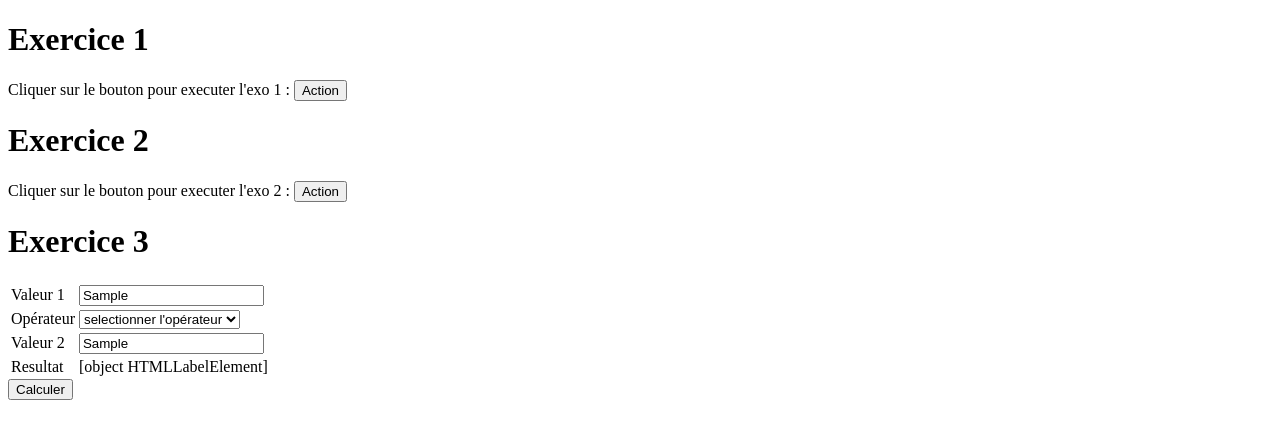
Repository: AgatheLM/formation_js
Page: insee-travaux-js/insee-client-js/index.html
An editor plug-in stored every save of this project. The page is shown before and after the next save, followed by the edit.
The browser window is 1280 px wide. The pictures show the whole page.
Empty fields were first filled with sample values (such as "Sample", 5 or name@example.com).
After loading, the first visible `input[onclick="main_exo3()"]` was clicked once.

Above is the page before, as saved 2018-01-24 13:04:29.

After the next save:
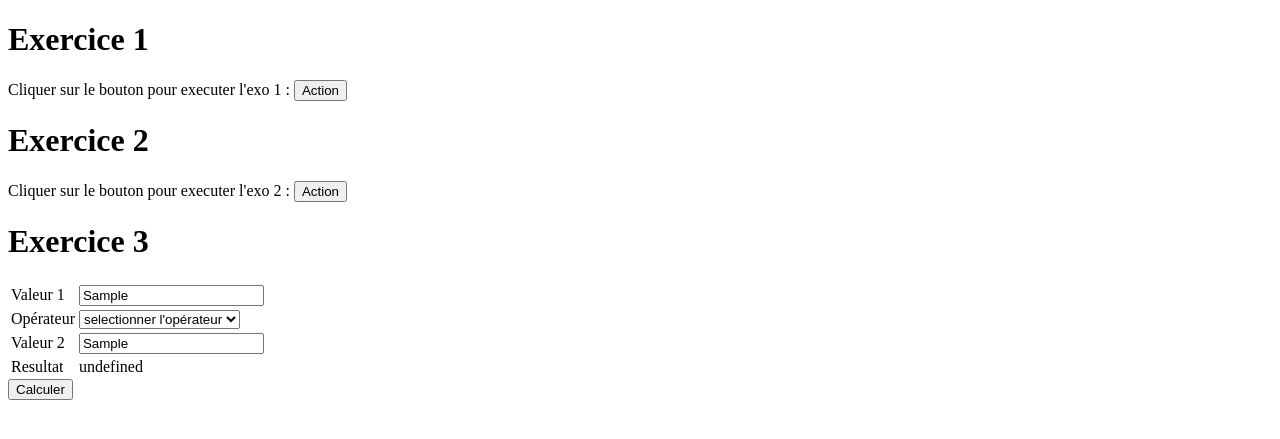
Saved 90 s later.
--- a/insee-travaux-js/insee-client-js/scripts/main.js
+++ b/insee-travaux-js/insee-client-js/scripts/main.js
@@ -120,8 +120,9 @@ function main_exo2(){
 			//var result = eval(v1+operateur+v2);
 			alert (v1);
 			alert (v2);
+			alert (resul);
 			//alert (result);
-			result.innerHTML=result;
+			result.innerHTML=resul;
 
 		} catch(e) {
 			console.log(e);
